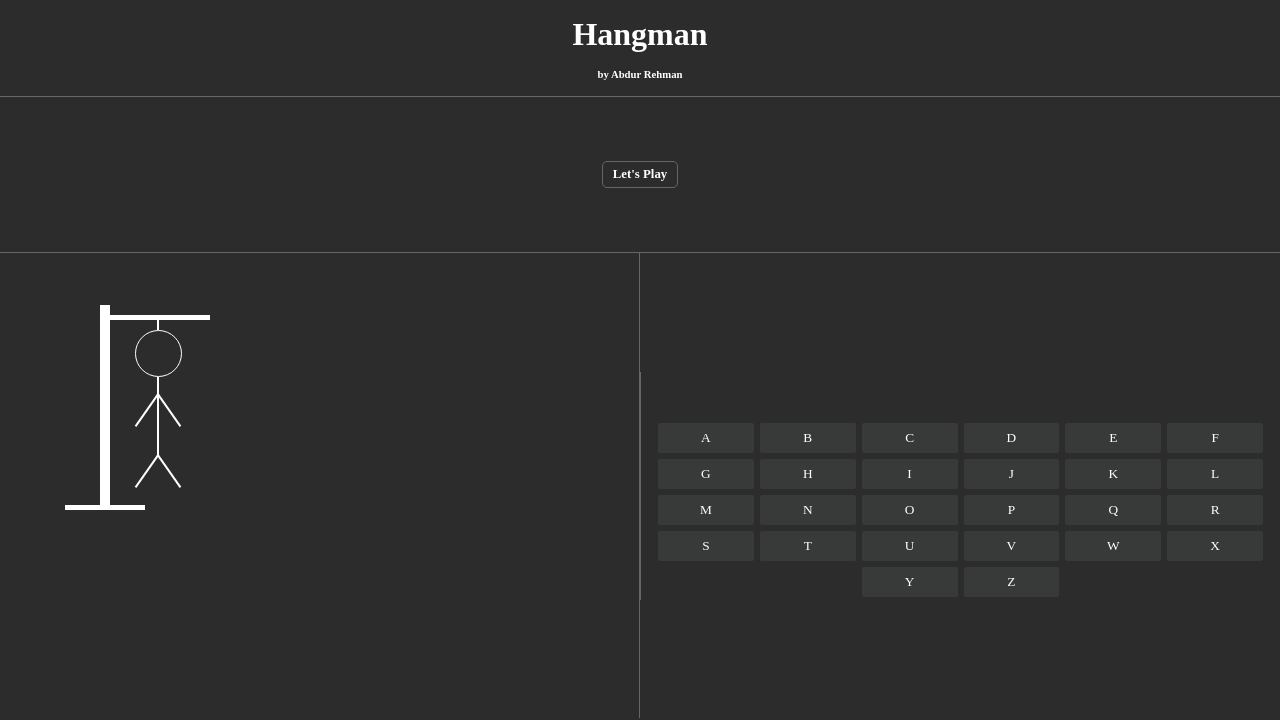
Repository: Ab-dur-Rehman/hang-man
Page: /
These files come from the project's save history. The page is drawn as it stood at one moment and after the next save; the edit follows.
The browser window is 1280 px wide. The pictures show the whole page.
The project was rebuilt for these pictures with package versions that can differ from the ones it lists, and the page was loaded fresh each time. Also part of the build but not shown: src/scripts/scripts.js.

Above is the page before, as saved 2022-11-26 19:15:34.

### src/App.js
import React from 'react';
import './App.css';
//import $ from 'jquery';

import './scripts/scripts';

//Components:

import Header from './components/Header';
import StartGame from './components/StartGame';
import Footer from './components/Footer';

function App() {
  return (
    <div className="App">
      <Header />
      <StartGame />
      <Footer />
    </div>
  );
}

export default App;

### src/App.css
.App {
  text-align: center;
}

.App-logo {
  height: 40vmin;
  pointer-events: none;
}

@media (prefers-reduced-motion: no-preference) {
  .App-logo {
    animation: App-logo-spin infinite 20s linear;
  }
}

.App-header {
  background-color: #282c34;
  min-height: 100vh;
  display: flex;
  flex-direction: column;
  align-items: center;
  justify-content: center;
  font-size: calc(10px + 2vmin);
  color: white;
}

.App-link {
  color: #61dafb;
}

@keyframes App-logo-spin {
  from {
    transform: rotate(0deg);
  }
  to {
    transform: rotate(360deg);
  }
}

/*Hangman style*/
* {
  margin: auto;
  padding: auto;
}

div#startGame_button2 {
  border: 1px solid #ccc;
  display: inline-block;
  padding: 2px 20px 6px;
  border-radius: 5px;
  margin: 15px 0 0 0;
  cursor: pointer;
}

body {
  background-color: rgb(44 44 44);
  background-size: cover;
  background-repeat: no-repeat;
  background-position: top center;
  color: rgb(255, 255, 255);
  font-family: 'Baloo Bhai 2', cursive;
}
#header {
  text-align:center;
  padding:1rem 0;
  border-bottom: 1px solid rgb(109, 101, 101);;
  width: 100%;
}
#header h1 {
  padding: 0 0 15px 0;
}
#section_1 {
  text-align:center;
  padding: 2rem 0;
  border-bottom: 1px solid rgb(109, 101, 101);
  width: 100%;
}
.startGame_wrapper{
  padding: 2rem;
}
#startGame_button {
  background: transparent;
  color: #fff;
  border: 1px solid rgb(109, 101, 101);
  padding: 5px 10px;
  font-size: .8rem;
  cursor: pointer;
  border-radius:5px;
  font-weight: 600;
  display: inline-block;
}
.section_2_wrapper {
  display: flex;
  align-items: stretch;
  justify-content: space-between;
  overflow: hidden;
  background: rgb(44 44 44);
}
#hangman {
  width: 100%;
  height: 100%;
  border-right: 1px solid rgb(109, 101, 101);
  flex: 0 50%;
}
.hm_wrapper {
  padding-top: 2rem;
}
.hm_stand {
  position: relative;
}
.hm_hook {
  width: 2px;
  height: 10px;
  position: absolute;
  left: 157px;
  top: 35px;
  background-color: #fff;
}
.left_bar {
  width:10px;
  height: 200px;
  background: #fff;
  position: absolute;
  left: 100px;
  top: 20px;
}
.top_hanger {
  width:100px;
  height: 5px;
  background: #fff;
  position: absolute;
  left: 110px;
  top: 30px;
}
.bottom_stand {
  width:80px;
  height: 5px;
  background: #fff;
  position: absolute;
  left: 65px;
  top: 220px;
}
.hman {
  position: relative;
  /* transform-origin: 46% 0;
  animation: moveIt 4.5s ease-in-out infinite; */
}
.hm_head {
  width: 45px;
  height: 45px;
  border: 1px solid #fff;
  border-radius: 50px;
  position: absolute;
  left: 135px;
  top: 45px;
}
.hm_body {
  width: 2px;
  height: 80px;
  position: absolute;
  left: 157px;
  top: 92px;
  background-color: #fff;
}
.hm_l_arm {
  width: 2px;
  height: 40px;
  position: absolute;
  left: 146px;
  top: 105px;
  background-color: #fff;
  transform: rotate(35deg);
  -ms-transform: rotate(35deg);
}
.hm_r_arm {
  width: 2px;
  height: 40px;
  position: absolute;
  left: 168px;
  top: 105px;
  background-color: #fff;
  transform: rotate(-35deg);
  -ms-transform: rotate(-35deg);
}
.hm_l_leg {
  width: 2px;
  height: 40px;
  position: absolute;
  left: 146px;
  top: 166px;
  background-color: #fff;
  transform: rotate(35deg);
  -ms-transform: rotate(35deg);
}
.hm_r_leg {
  width: 2px;
  height: 40px;
  position: absolute;
  left: 168px;
  top: 166px;
  background-color: #fff;
  transform: rotate(-35deg);
  -ms-transform: rotate(-35deg);
}
#keypadWrapper {
  border-left: 1px solid rgb(109, 101, 101);
  flex: 0 50%;
}
.letter_box {
  border: 1px solid rgb(109, 101, 101);
  padding: 0.4rem .6rem;
  font-family: 'Baloo Bhai 2', cursive;
  margin: 0 .5rem;
  border-radius: 5px;
  list-style: none;
  line-height: 1;
}
#keypad form {
  display: flex;
  flex-wrap: wrap;
  flex-direction: row;
  justify-content: center;
  align-items: center;
  padding-top: 3rem;
}
#keypad form button {
  flex-basis: 15%;
  background-color: rgb(56, 58, 58);
  border: none;
  margin: 3px;
  padding: 7px 0;
  cursor: pointer;
  color:#fff;
  border-radius: 2px;
  font-family: 'Baloo Bhai 2', cursive;
  text-transform: uppercase;
}
ul#gameWord {
  display: flex;
  flex-wrap: nowrap;
  justify-content: center;
  align-items: center;
}
.letter_box span {
  opacity: 0;
  text-transform: uppercase;
}
#keypad p {
  text-align: center;
  padding: 4rem 0 0 0;
}
.re-startGame_wrapper {
  text-align: center;
  padding: 2rem 0 0 0;
}
#reStart{
  display: none;
}

@keyframes moveIt {
  0%, 100% {
      transform: rotate(8deg);
  }
  50% {
      transform: rotate(-8deg);
  }
}

### src/components/Header.js
import React from 'react';

const Header = () => {
    return (
        <div id="header">
            <h1>Hangman</h1>
            <h6>by Abdur Rehman</h6>
        </div>
    );
}

export default Header;

### src/components/StartGame.js
import React from 'react';
import $ from 'jquery';

const StartGame = () => {

    const gameFunction = () => {

        let word = 0;
        let url = 'https://random-word-api.herokuapp.com/word?length=5&lang=en'; // will return one random word.

        $.getJSON(url, randomWord);
        function randomWord(data) {
            word = data;
            let strWord = word[0];
            resetGame();
            setGameWord(strWord);
            hideHangman();
            //storeWord(strWord);
            gameKeypad.letterPool = [];
            gameKeypad.count = 0;
        }
    }

    const setGameWord = (word) => {
        let wordArray = word.split('');
        console.log(wordArray);
        let word_length = wordArray.length;
        console.log(word_length);
        let gameWord = document.getElementById("gameWord");
        let gameButton = document.getElementById("startGame_button");
        //gameWord.innerHTML = '';
        gameButton.style.display = "none";
        let classCounter = 0;
        wordArray.map (
            (letter) => {
                let letter_box = document.createElement("li");
                letter_box.className = "letter_box box_" + classCounter;
                letter_box.innerHTML = '<span class="ind_letter ind_letter_'+ classCounter +'">'+letter+'</span>';
                gameWord.appendChild(letter_box);
                classCounter++;
            }
        );
    }

    //Hide hamgman
    const hideHangman = () => {

        document.getElementsByClassName("hm_hook")[0].style.display = "none";
        document.getElementsByClassName("hm_head")[0].style.display = "none";
        document.getElementsByClassName("hm_body")[0].style.display = "none";
        document.getElementsByClassName("hm_l_arm")[0].style.display = "none";
        document.getElementsByClassName("hm_r_arm")[0].style.display = "none";
        document.getElementsByClassName("hm_l_leg")[0].style.display = "none";
        document.getElementsByClassName("hm_r_leg")[0].style.display = "none";

        let hangMan_hook = document.getElementsByClassName("hm_hook")[0];
        let hangMan_head = document.getElementsByClassName("hm_head")[0];
        let hangMan_body = document.getElementsByClassName("hm_body")[0];
        let hangMan_hm_l_arm = document.getElementsByClassName("hm_l_arm")[0];
        let hangMan_hm_r_arm = document.getElementsByClassName("hm_r_arm")[0];
        let hangMan_hm_l_leg = document.getElementsByClassName("hm_l_leg")[0];
        let hangMan_hm_r_leg = document.getElementsByClassName("hm_r_leg")[0];
        hangMan_hook.style.display = "none";
        hangMan_head.style.display = "none";
        hangMan_body.style.display = "none";
        hangMan_hm_l_arm.style.display = "none";
        hangMan_hm_r_arm.style.display = "none";
        hangMan_hm_l_leg.style.display = "none";
        hangMan_hm_r_leg.style.display = "none";
    }
    //Reset the game incase of restart
    const resetGame = () => {
        let resetWord = document.getElementById("gameWord");
        resetWord.innerHTML = '';
        let showKeypad = document.getElementById("keypad");
        showKeypad.style.display = "block";
        let hideGameMessage = document.getElementById("reStart");
        hideGameMessage.style.display = "none";
    }

    //draw keypad
    const gameKeypad = {
        letters : ['a', 'b', 'c', 'd', 'e', 'f', 'g', 'h', 'i', 'j', 'k','l','m','n','o','p','q','r','s','t','u','v','w','x','y','z'],
        generateKeyPad() {
            let key_counter = 0
            return this.letters.map(
                (letter) => <button key={key_counter++} type="button" onClick={e => this.matchWord(e, "value")} value={letter} className="alphaButtons">{letter}</button>
            );
        },
        letterPool : [],
        count : 0,
        matchWord (el) {
            let selected_letter = (el.target.value);
            var gLetters = document.getElementById("gameWord").getElementsByTagName("span");
            let ind_letters = [];
            for (let i = 0; i < gLetters.length; i++) {
                ind_letters[i] = gLetters[i].innerHTML;
            }
            let letter_index = [];
            var wordContainsLetter = (ind_letters.indexOf(selected_letter) > -1);
            let counter = 0;
            if (wordContainsLetter === true){
                ind_letters.map(
                    (letter) => {
                        if (letter === selected_letter) {
                            letter_index.push(counter);
                        }
                        counter++;
                    }
                );
            }
            if (letter_index.length > 0) {
                letter_index.map(
                    (index) => {
                        let letter_box = document.getElementsByClassName("ind_letter_"+index)[0];
                        if(letter_box.getAttribute("style") === null){
                            letter_box.style.opacity = "1";
                            this.count++;
                        }
                    }
                );
                if (this.count === ind_letters.length) {
                    console.log(ind_letters.length);
                    console.log(this.count);
                    let hideKeypad = document.getElementById("keypad");
                    hideKeypad.style.display = "none";
                    let gameRestart = document.getElementById("reStart");
                    gameRestart.style.display = "block";
                    document.getElementById("gameMessage").innerHTML = '<p>Congratulations You win</p>';
                }
            } else {
                console.log(this.letterPool.length);
                console.log(this.letterPool.indexOf(selected_letter));
                if ((this.letterPool.indexOf(selected_letter) === -1) && (this.letterPool.length < 6)) {
                    this.letterPool.push(selected_letter);
                    let hm_body = document.getElementsByClassName("hm_body")[0];
                    let hm_l_leg = document.getElementsByClassName("hm_l_leg")[0];
                    let hm_l_arm = document.getElementsByClassName("hm_l_arm")[0];
                    let hm_r_arm = document.getElementsByClassName("hm_r_arm")[0];
                    let hm_head = document.getElementsByClassName("hm_head")[0];
                    let hm_hook = document.getElementsByClassName("hm_hook")[0];

                    if (hm_hook.style.display === "none"){
                        hm_hook.style.display = "block";
                    } else if (hm_head.style.display === "none"){
                        hm_head.style.display = "block";
                    } else if(hm_body.style.display === "none"){
                        hm_body.style.display = "block";
                    } else if(hm_l_arm.style.display === "none"){
                        hm_l_arm.style.display = "block";
                    } else if(hm_r_arm.style.display === "none"){
                        hm_r_arm.style.display = "block";
                    } else if(hm_l_leg.style.display === "none"){
                        hm_l_leg.style.display = "block";
                    }
                    console.log(this.letterPool);
                }
                else {
                    let hm_r_leg = document.getElementsByClassName("hm_r_leg")[0];
                    hm_r_leg.style.display = "block";
                    let hideKeypad = document.getElementById("keypad");
                    hideKeypad.style.display = "none";
                    let gameRestart = document.getElementById("reStart");
                    gameRestart.style.display = "block";
                    document.getElementById("gameMessage").innerHTML = '<p>Sorry! You Lost</p>';

                    //let restartGame = document.getElementById("reStart");
                    //ReactDOM.render(restart_game, restartGame);

                    let word_display = Array.from(
                        document.getElementsByClassName("ind_letter")
                    );
                    word_display.forEach(wd => {
                        wd.style.opacity = '1';
                    });
                }
            }
            console.log(letter_index);
        },
    }

    return (
        <>
            <div id="section_1">
                <div className="startGame_wrapper">
                    <div id="startGame_button" onClick={gameFunction}>Let's Play</div>
                    <div id="gameWordBox">
                        <ul id="gameWord">

                        </ul>
                    </div>
                </div>
            </div>
            <div id="section_2">
                <div className="section_2_wrapper">
                    <div id="hangman">
                        <div className="hm_wrapper">
                            <div className="hm_stand">
                                <div className="left_bar"></div>
                                <div className="top_hanger"></div>
                                <div className="bottom_stand"></div>
                            </div>
                            <div className="hman">
                                <div className="hm_hook"></div>
                                <div className="hm_head"></div>
                                <div className="hm_body"></div>
                                <div className="hm_l_arm"></div>
                                <div className="hm_r_arm"></div>
                                <div className="hm_l_leg"></div>
                                <div className="hm_r_leg"></div>
                            </div>
                        </div>
                    </div>
                    <div id="keypadWrapper">
                        <div id="keypad">
                            <form>
                                {gameKeypad.generateKeyPad()}
                            </form>
                        </div>
                        <div id="reStart">
                            <div id="gameMessage">

                            </div>
                            <div id="gameWordInfo">

                            </div>
                            <div id="startGame_button2" onClick={gameFunction}>Let's Play Again</div>
                        </div>
                    </div>
                </div>
            </div>
        </>
    );
}

export default StartGame;

### src/components/Footer.js
import React from 'react';

const Footer = () => {
    return (
        <>
            <div id="footer"></div>
        </>
    );
}

export default Footer;

Loaded but not shown: public/index.html (common file); src/index.js (common file); src/index.css (common file); src/reportWebVitals.js (common file)

After the next save:
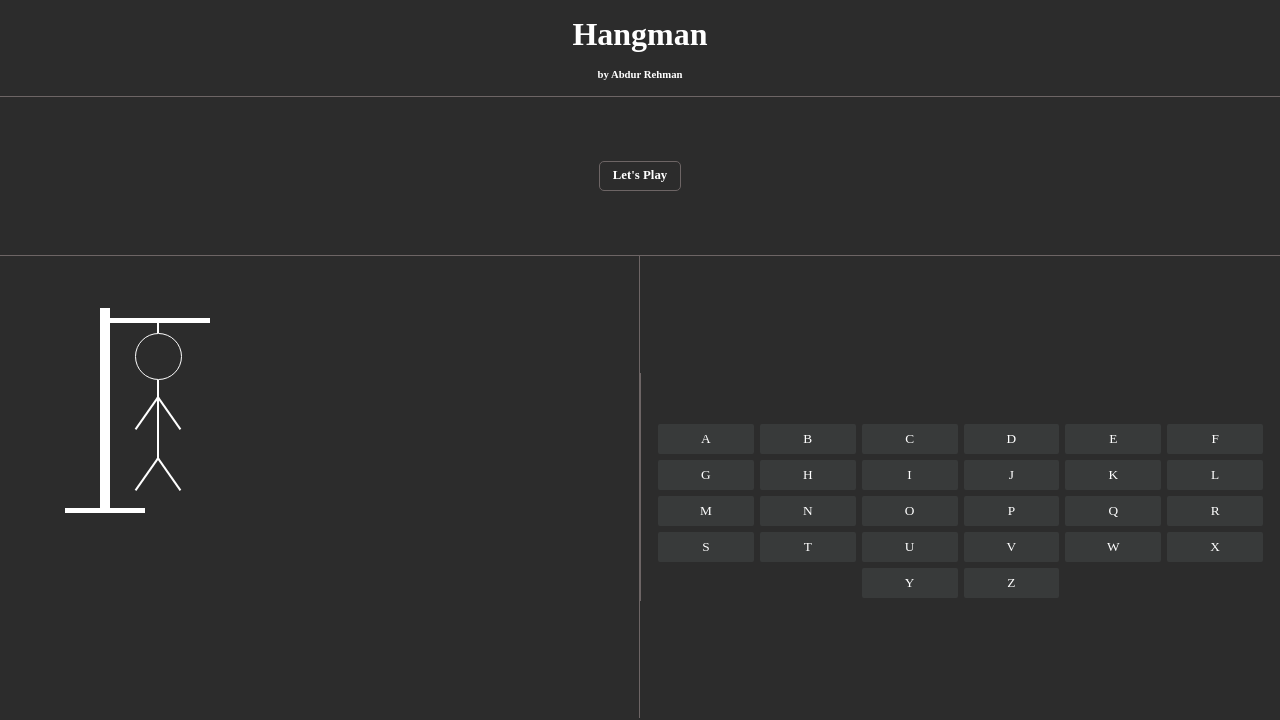
Saved 2 min 32 s later.
--- a/src/App.css
+++ b/src/App.css
@@ -82,7 +82,7 @@ body {
   background: transparent;
   color: #fff;
   border: 1px solid rgb(109, 101, 101);
-  padding: 5px 10px;
+  padding: 0.4rem 0.8rem;
   font-size: .8rem;
   cursor: pointer;
   border-radius:5px;
